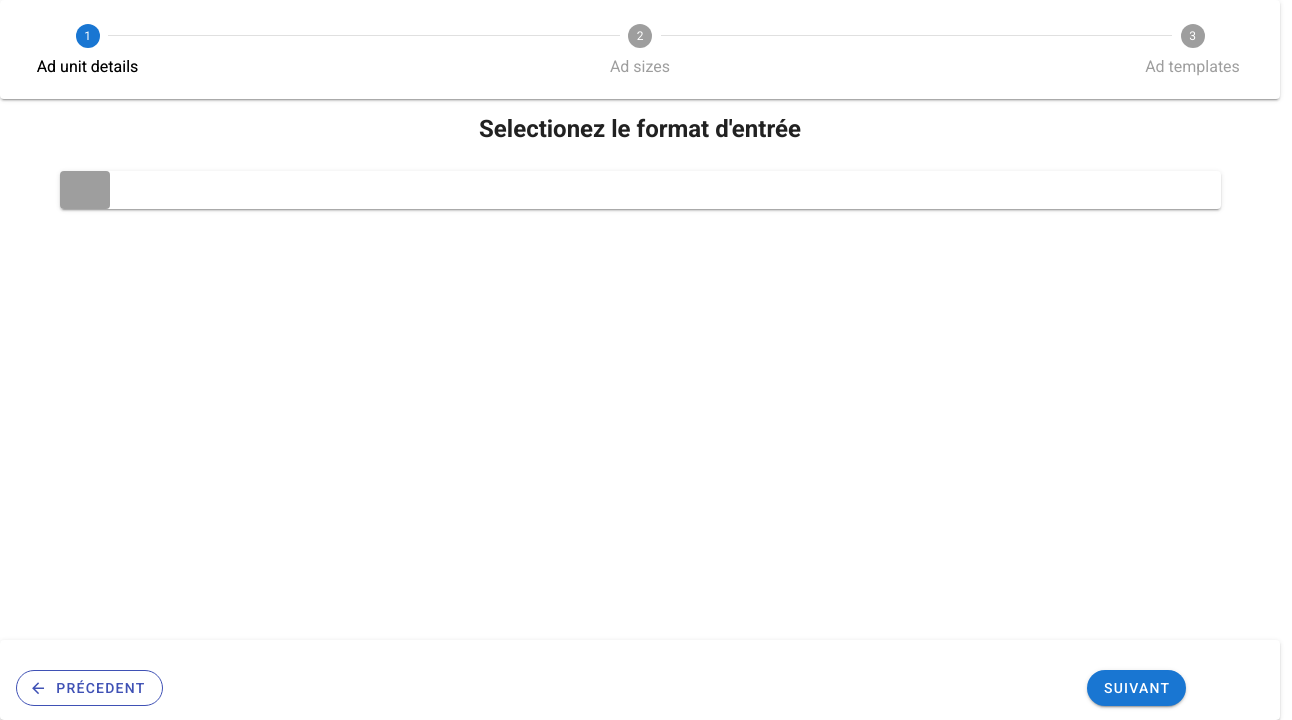
Repository: SidneyHodieb/myc
Page: /addsource/format
An editor plug-in stored every save of this project. The page is shown before and after the next save, followed by the edit.
The browser window is 1280 px wide. The page is 1292 px wide, so the pictures cover 1292 px, including what lies to the right of the window. The pictures show the whole page.
Pictures or frames that could not be fetched are drawn as grey boxes. The project was rebuilt for these pictures with package versions that can differ from the ones it lists, and the page was loaded fresh each time. Also part of the build but not shown: vue.config.js, src/views/Home.vue, src/views/addSource/components/card.vue, src/views/addSource/components/trigger.vue.

Above is the page before, as saved 2021-04-03 20:05:47.

After the next save:
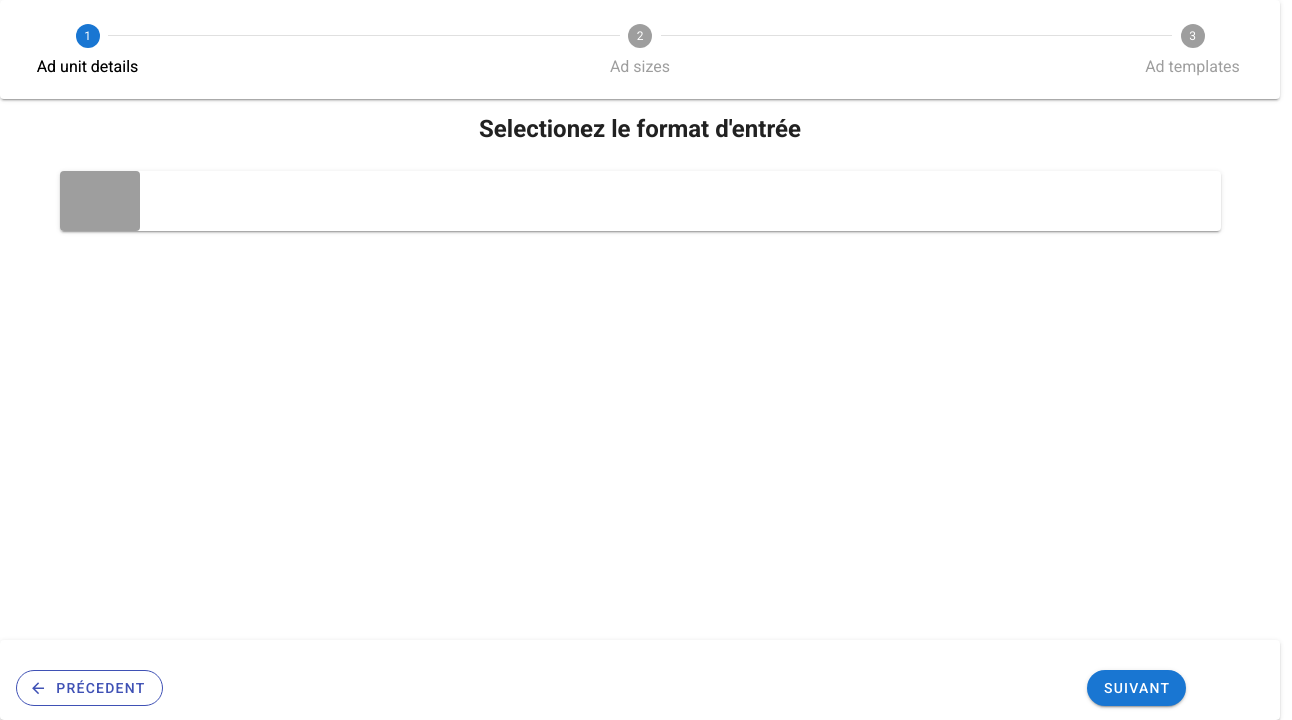
Saved 16 s later.
--- a/src/views/addSource/components/format.vue
+++ b/src/views/addSource/components/format.vue
@@ -7,7 +7,7 @@
       <v-col>
         <v-card>
           <v-img
-           width="50"
+           width="80"
             src="https://www.flaticon.com/svg/vstatic/svg/786/786788.svg?token=exp=1617473650~hmac=f02174a0ee444bdd71a855da4ad95c3d"
         ></v-img>
         </v-card>
